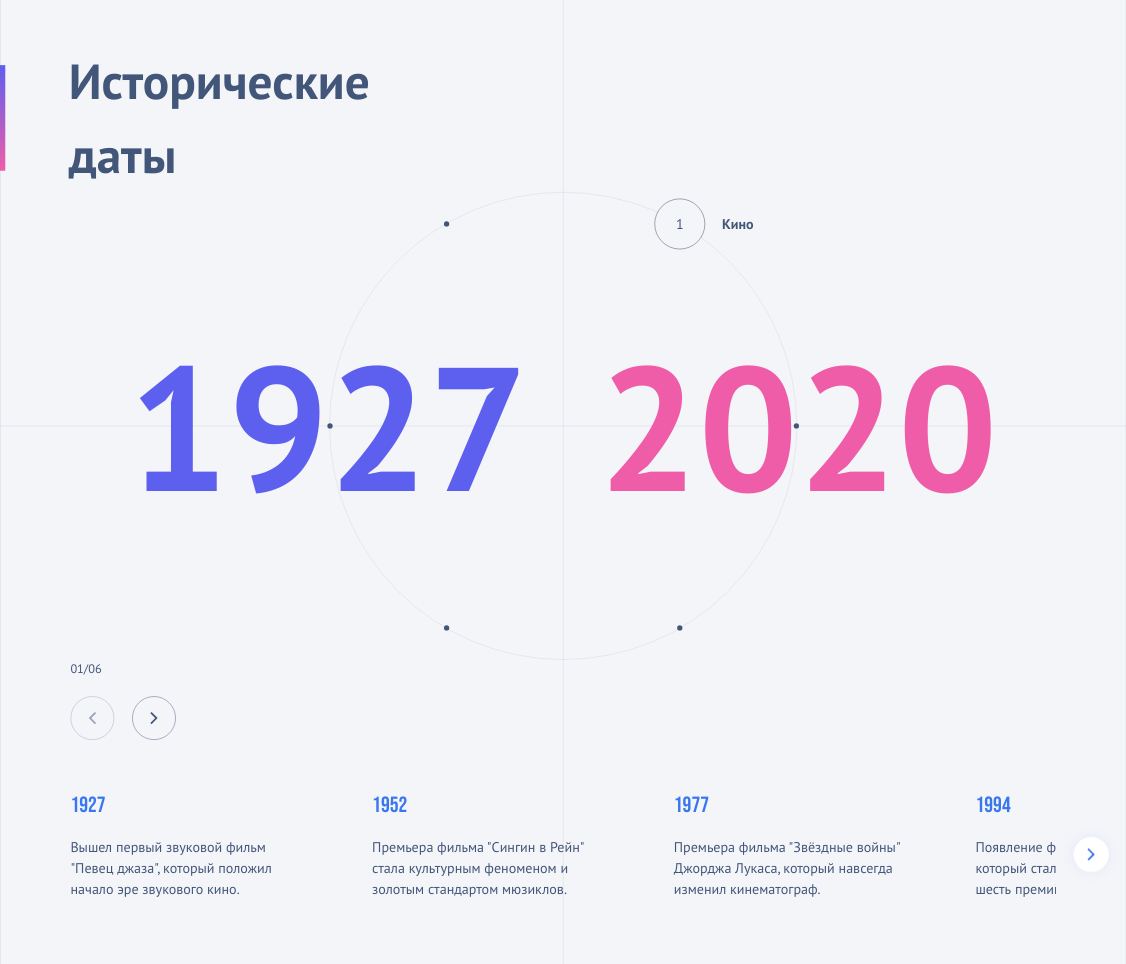
Repository: LenarTulupov/only
Page: /
The author's editor kept a copy of each file at every save. The page is drawn from the files as they stood at one save, then again after a run of saves.
The browser window is 1280 px wide. The pictures show the whole page, at 88% of full size.
The project was rebuilt for these pictures with package versions that can differ from the ones it lists, and the page was loaded fresh each time.

Above is the page before, as saved 2024-12-19 17:32:48.

After the next 2 saves:
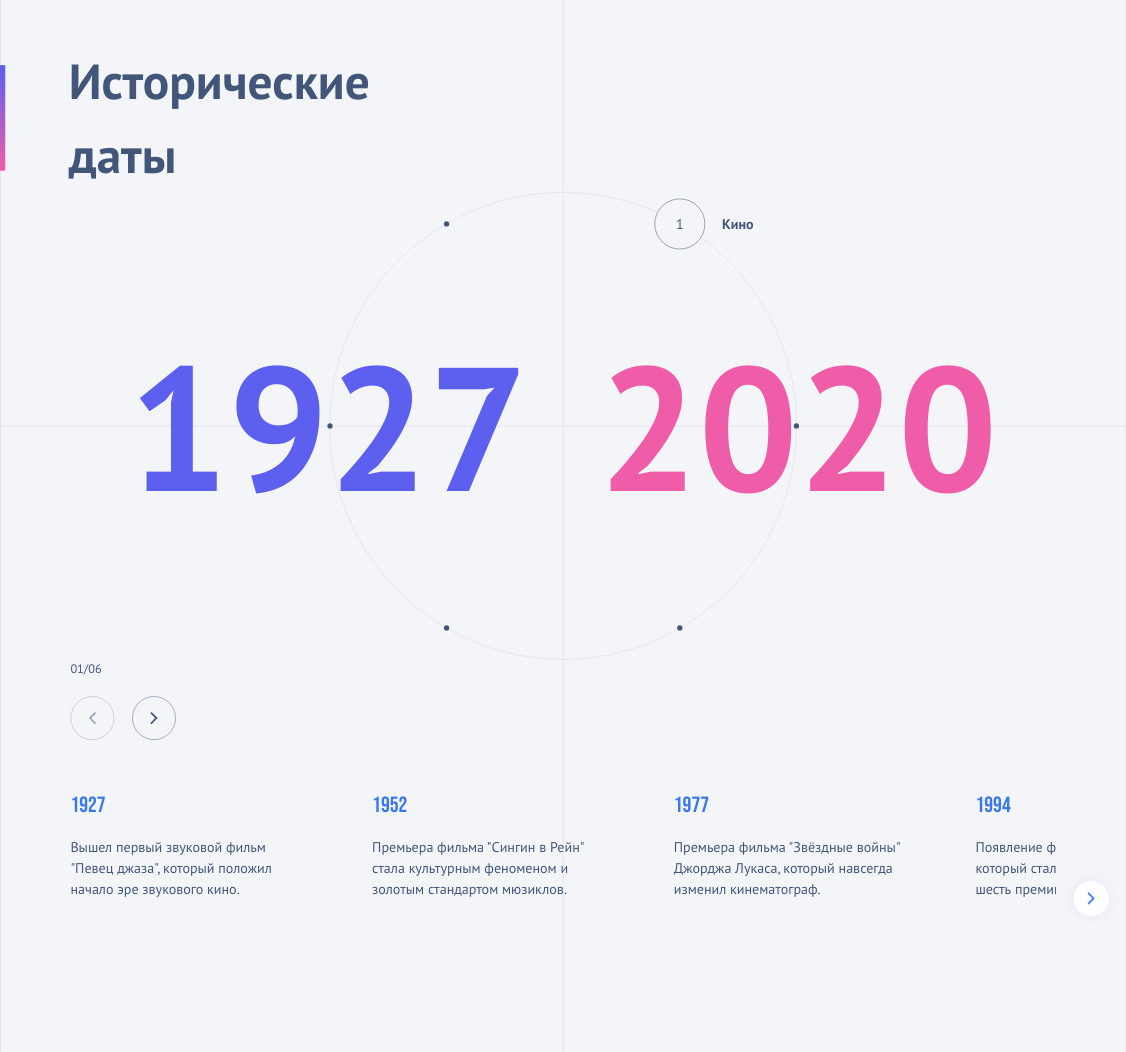
The 2 saves are shown as one change because they came seconds apart.
The last was saved 61 s later.
--- a/src/pages/home/history/history-slider/history-slider.module.scss
+++ b/src/pages/home/history/history-slider/history-slider.module.scss
@@ -1,4 +1,7 @@
 :global {
+  .swiper {
+    padding-bottom: 100px;
+  }
   .swiper-pagination {
     --swiper-pagination-bottom: 120px ;
   }
